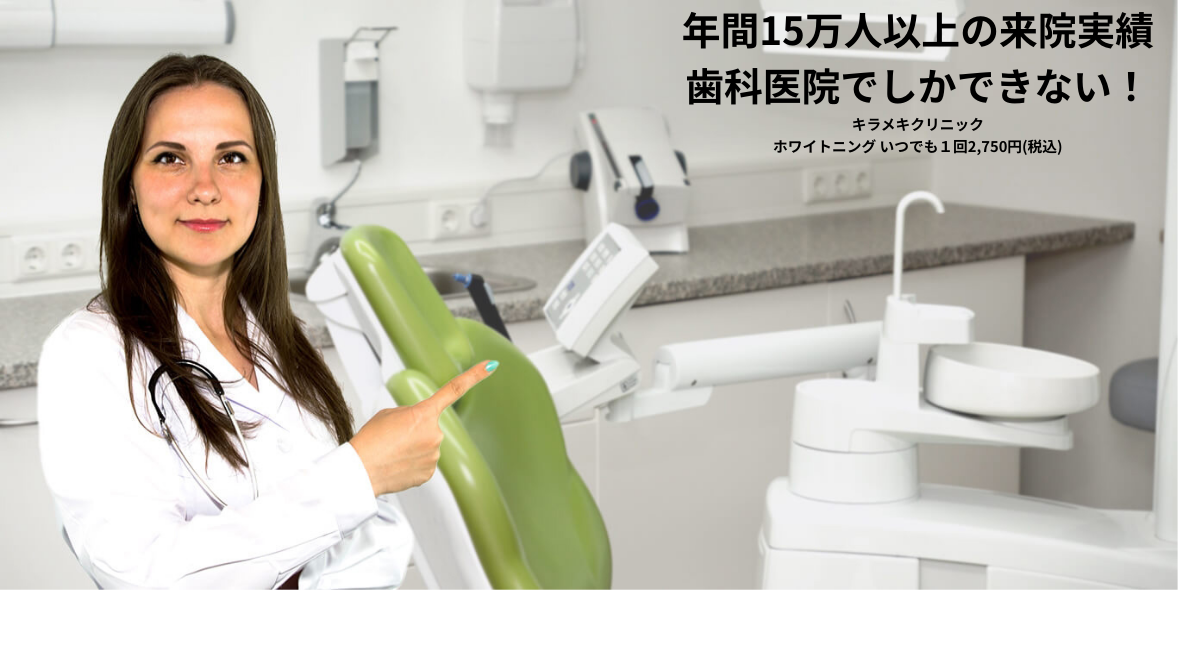
Repository: ryu-nuno/tech_academy_subwork
Page: first/index.html
The author's editor kept a record of every edit. The page is drawn from the files as they stood at one moment, then again after the next edit.
The browser window is 1280 px wide. The pictures show the whole page, at 92% of full size.
Some web libraries are served in a nearby version.

Above is the page before.

### first/index.html
<!DOCTYPE html>
<html lang="ja">

  <head>
    <title>first</title>
  <meta charset="utf-8">
  <meta name="description" content="kirameki clinic">
  <meta name="viewport" content="width=device-width, initial-scale=1">
  <meta property="og:site_name" content="キラメキクリニック｜歯科医院でホワイトニング" />
  <meta property="og:title" content="キラメキクリニック｜歯科医院でホワイトニング">
  <meta property="og:description" content="キラメキクリニックは、年間15万人以上の来院実績がある歯科医院です。有資格者によるプロの施術を1回2,750円〜で手軽にホワイトニングができます。ホワイトニングをしてみたい方はお問い合わせの上ぜひご来院ください！">
  <meta property="og:type" content="article">
  <meta property="og:url" content="https://demo.techacademy.jp/sidejob-selfstudy1/">
  <meta property="og:image" content="https://demo.techacademy.jp/sidejob-selfstudy1/images/main_pc.jpg">
  <meta property="og:locale" content="ja_JP">
  <link rel="stylesheet" href="assets/ress/ress.min.css">
  <link rel="stylesheet" href="css/style.css">
  <script src="https://kit.fontawesome.com/ab2670e4fc.js" crossorigin="anonymous"></script>
  </head>

  <body>
    <header>
      <div class="container">
        <div class="contents-width">
          <div class="wrapper">
          <h1>
          <span>年間15万人以上の来院実績</span><br>
          <span>歯科医院でしかできない！</span><br>
          </h1>
          <p>キラメキクリニック</p>
          <span>ホワイトニング</span>
          <span>いつでも１回2,750円(税込)</span>
          </div>
        </div>
      </div>
    </header>
  </body>

### first/assets/ress/ress.min.css
/*!
 * ress.css • v4.0.0
 * MIT License
 * github.com/filipelinhares/ress
 */html{box-sizing:border-box;-webkit-text-size-adjust:100%;word-break:normal;-moz-tab-size:4;tab-size:4}*,:after,:before{background-repeat:no-repeat;box-sizing:inherit}:after,:before{text-decoration:inherit;vertical-align:inherit}*{padding:0;margin:0}hr{overflow:visible;height:0;color:inherit}details,main{display:block}summary{display:list-item}small{font-size:80%}[hidden]{display:none}abbr[title]{border-bottom:none;text-decoration:underline;text-decoration:underline dotted}a{background-color:transparent}a:active,a:hover{outline-width:0}code,kbd,pre,samp{font-family:monospace,monospace}pre{font-size:1em}b,strong{font-weight:bolder}sub,sup{font-size:75%;line-height:0;position:relative;vertical-align:baseline}sub{bottom:-.25em}sup{top:-.5em}table{border-color:inherit;text-indent:0}input{border-radius:0}[disabled]{cursor:default}[type=number]::-webkit-inner-spin-button,[type=number]::-webkit-outer-spin-button{height:auto}[type=search]{-webkit-appearance:textfield;outline-offset:-2px}[type=search]::-webkit-search-decoration{-webkit-appearance:none}textarea{overflow:auto;resize:vertical}button,input,optgroup,select,textarea{font:inherit}optgroup{font-weight:700}button{overflow:visible}button,select{text-transform:none}[role=button],[type=button],[type=reset],[type=submit],button{cursor:pointer;color:inherit}[type=button]::-moz-focus-inner,[type=reset]::-moz-focus-inner,[type=submit]::-moz-focus-inner,button::-moz-focus-inner{border-style:none;padding:0}[type=button]::-moz-focus-inner,[type=reset]::-moz-focus-inner,[type=submit]::-moz-focus-inner,button:-moz-focusring{outline:1px dotted ButtonText}[type=reset],[type=submit],button,html [type=button]{-webkit-appearance:button}button,input,select,textarea{background-color:transparent;border-style:none}a:focus,button:focus,input:focus,select:focus,textarea:focus{outline-width:0}select{-moz-appearance:none;-webkit-appearance:none}select::-ms-expand{display:none}select::-ms-value{color:currentColor}legend{border:0;color:inherit;display:table;white-space:normal;max-width:100%}::-webkit-file-upload-button{-webkit-appearance:button;color:inherit;font:inherit}img{border-style:none}progress{vertical-align:baseline}[aria-busy=true]{cursor:progress}[aria-controls]{cursor:pointer}[aria-disabled=true]{cursor:default}

### first/css/style.css
@charset "UTF-8"; /* 文字コードの指定 */
@import url('https://fonts.googleapis.com/css2?family=Noto+Sans+JP:wght@400;700;900&display=swap');
@import url('https://fonts.googleapis.com/css2?family=Noto+Serif+JP:wght@400;700&display=swap');


body {
    font-family: 'Noto Sans JP',sans-serif;
    font-weight: 900;
    color: #000000;
}

header{
  background-image: url(../img/main_pc.jpg);
  height: 50.073vw;
  width: 100%;
  background-size: cover;

}

.container{
  padding: 0 1.6rem;

}

header .contents-width{
  display: flex;
  justify-content: flex-end;
  height: 100%;
  align-items:center;
}

.wrapper{
  max-width: 55.5rem;
  text-align:center;
  height:100%;
}

.wrapper span{
  display: inline-block;
}

.wrapper h1{
  font-size: 3.294vw;
}

After the next edit:
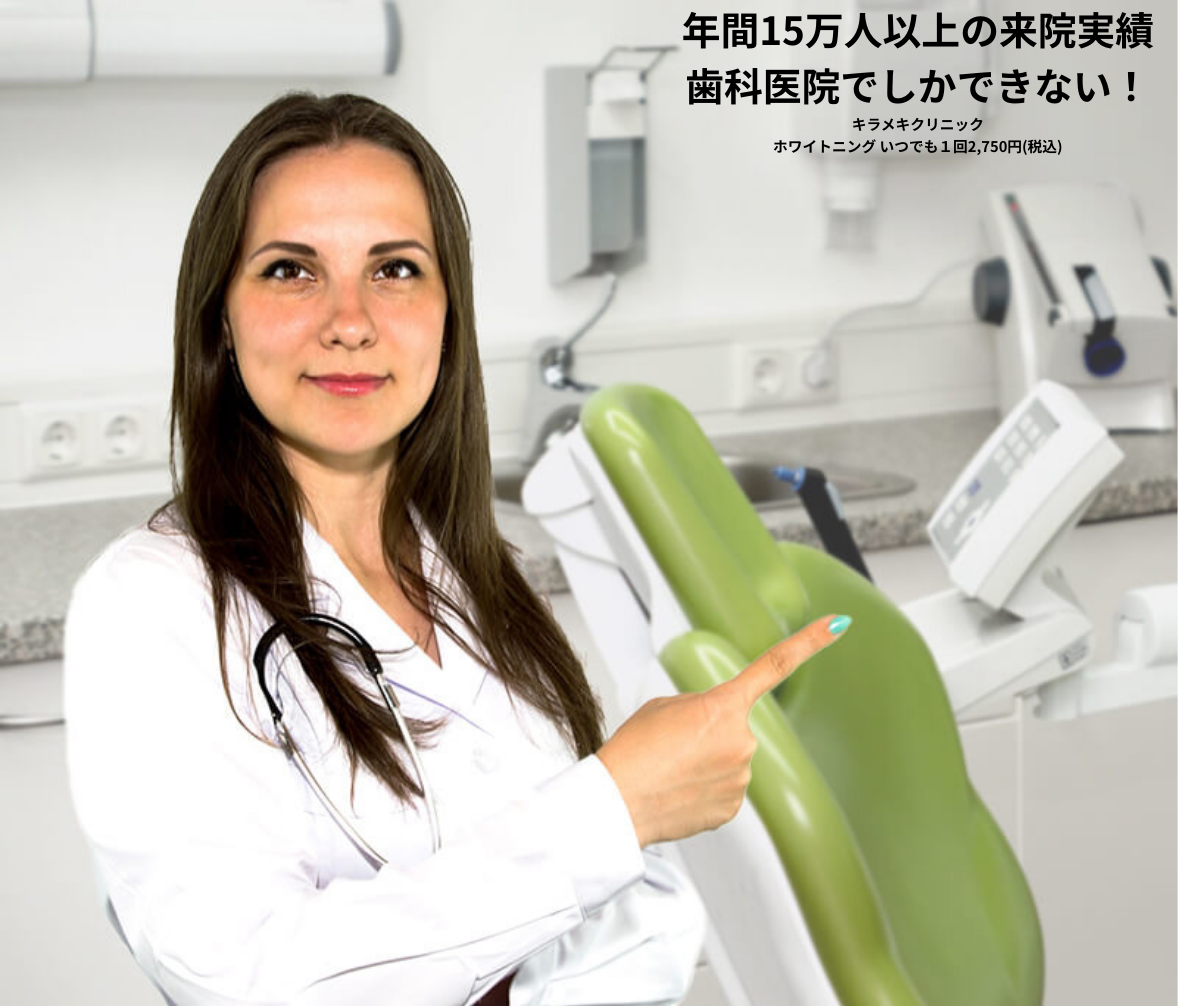
The edit:
--- a/first/css/style.css
+++ b/first/css/style.css
@@ -11,9 +11,9 @@
 
 header{
   background-image: url(../img/main_pc.jpg);
-  height: 50.073vw;
-  width: 100%;
-  background-size: cover;
+    background-position: left center;
+    background-size: cover;
+    height: 68.4rem;
 
 }
 
